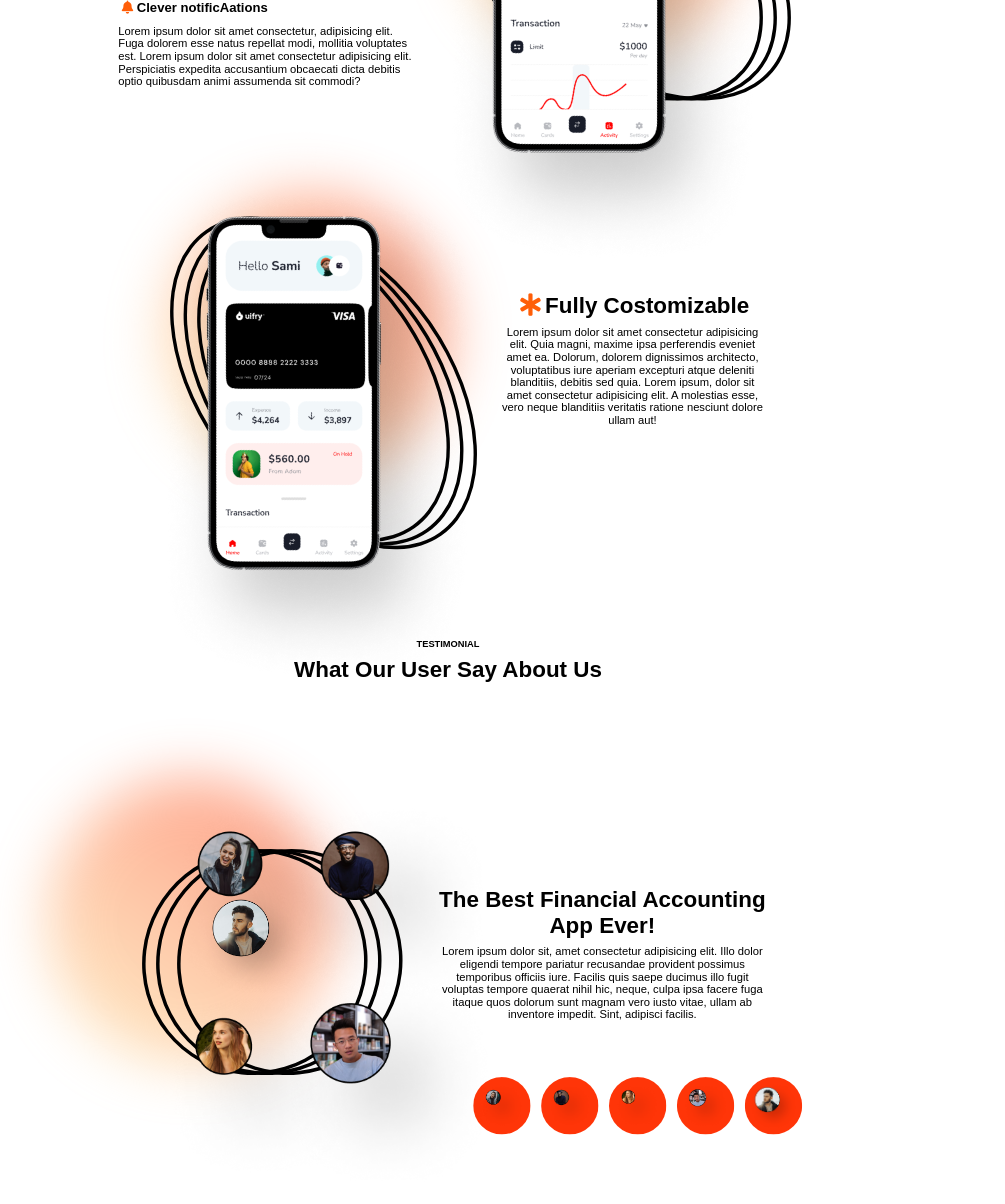
Repository: sakshambansal7/Uifry
Page: index.html
An editor plug-in stored every save of this project. The page is shown before and after a run of saves, followed by the edit.
The browser window is 1280 px wide. The page is 1435 px wide, so the pictures cover 1435 px, including what lies to the right of the window. The pictures show the part of the page from y = 1714 to 3434 px (the page is 3434 px tall), at 70% of full size.
Some web libraries are served in a nearby version.

Above is the page before, as saved 2024-06-12 22:46:24.

### index.html
<!DOCTYPE html>
<html lang="en">
  <head>
    <meta charset="UTF-8" />
    <meta name="viewport" content="width=device-width, initial-scale=1.0" />
    <title>uifry.com</title>
    <link rel="stylesheet" href="style.css" />
    <link rel="stylesheet" href="https://cdnjs.cloudflare.com/ajax/libs/font-awesome/6.1.1/css/all.min.css">

  </head>
  <body>
    <nav class="navbar">
      <div>
        <img class="logo" src="./images/logo.png" alt="img" />
      </div>
      <div class="nav">
        <div><a href="#" class="nav__link active">Home </a></div>
        <div><a href="#" class="nav__link">About Us</a></div>
        <div><a href="#" class="nav__link">Pricing</a></div>
        <div><a href="#" class="nav__link">features</a></div>
      </div>
      <div class="download">
        <button class="button">Download</button>
      </div>
    </nav>
    <div class="part1 ">
      <div class="left">
        <div class="bg-shape1"></div>
        <h1>Make The Best Financial Decisions</h1>
        <div class="bg-shape1 position-1"></div> <!-- Duplicate for top and bottom -->
        <p>Lorem ipsum dolor sit amet consectetur, adipisicing elit. Fuga dolorem esse natus repellat modi, mollitia voluptates est.</p>
        <div class="cta-buttons">
          <button class="get-started-btn">Get Started <i class="fa-solid fa-arrow-right"></i></button>
          <button class="watch-video-btn"> <i class="fa-solid fa-circle-play"></i>Watch Video</button>
        </div>
      </div>

      <div class="right">
        <div class="bg-shape2"></div>
        <div class="elipse-common elipse"></div>
        <div class="elipse-common elipse1"></div>
        <div class="elipse-common elipse2"></div>

        <img class="image1" src="./images/iphone.png" alt="Mobile App Mockup" />
        <img class="image2" src="./images/igraph.png" alt="Mobile App Mockup" />
        <img class="image3" src="./images/iphone.png" alt="Mobile App Mockup" />
      </div>

    </div>
    <div class="part2">
      <div class="left">
        <div class="bg-shape2"></div>
        <div class="elipse-common elipse3"></div>
        <div class="elipse-common elipse4"></div>
        <div class="elipse-common elipse5"></div>

        <img class="image1" src="./images/iphone.png" alt="Mobile App Mockup" />

      </div>
      <div class="right">
        <h4>FEATURES</h4>
        <H1>Uifry Premium</H1>
        <h3><i class="fa-regular fa-star custom-color"></i> Budgeting intervals</h3>
        <p>Lorem ipsum dolor sit amet consectetur, adipisicing elit. Fuga dolorem esse natus repellat modi, mollitia voluptates est.</p>
        <h3> <i class="fa-solid fa-gear custom-color"></i> Budgeting intervals</h3>
        <p>Lorem ipsum dolor sit amet consectetur, adipisicing elit. Fuga dolorem esse natus repellat modi, mollitia voluptates est.</p>
        <h3><i class="fa-solid fa-star-of-life custom-color"></i>Budgeting intervals</h3>
        <p>Lorem ipsum dolor sit amet consectetur, adipisicing elit. Fuga dolorem esse natus repellat modi, mollitia voluptates est.</p>

      </div>
    </div>
    <div class="part3">
      <div class="left">
        <h4>ADVANTAGES</h4>
        <H1> Why Choose Uifry ?</H1>
        <h3><i class="fa-solid fa-bell custom-color"></i>Clever notificAations</h3>
        <p>Lorem ipsum dolor sit amet consectetur, adipisicing elit. Fuga dolorem esse natus repellat modi, mollitia voluptates est. Lorem ipsum dolor sit amet consectetur adipisicing elit. Perspiciatis expedita accusantium obcaecati dicta debitis optio quibusdam animi assumenda sit commodi?</p>

      </div>
      <div class="right">
        <div class="bg-shape2"></div>
        <div class="elipse-common elipse3"></div>
        <div class="elipse-common elipse4"></div>
        <div class="elipse-common elipse5"></div>
        <img src="./images/igraph.png" alt="img">
      </div>
    </div>
    <div class="part4">
      <div class="left">
        <div class="bg-shape2"></div>
        <div class="elipse-common elipse3"></div>
        <div class="elipse-common elipse4"></div>
        <div class="elipse-common elipse5"></div>
        <img src="./images/iphone.png" alt="img">
      </div>
      <div class="right">
        <h1><i class="fa-solid fa-star-of-life custom-color "></i>Fully Costomizable</h1>
        <p>Lorem ipsum dolor sit amet consectetur adipisicing elit. Quia magni, maxime ipsa perferendis eveniet amet ea. Dolorum, dolorem dignissimos architecto, voluptatibus iure aperiam excepturi atque deleniti blanditiis, debitis sed quia. Lorem ipsum, dolor sit amet consectetur adipisicing elit. A molestias esse, vero neque blanditiis veritatis ratione nesciunt dolore ullam aut!</p>
      </div>
    </div>
    <div class="parent-container">
      <h5>TESTIMONIAL</h5>
      <h1>What Our User Say About Us</h1>
  </div>

    <div class="part5">
      <div class="left">
        <div class="bg-shape2"></div>
        <div class="elipse-common elipse6"></div>
        <div class="elipse-common elipse7"></div>
        <div class="elipse-common elipse8"></div>

        <div class="img1 "><img src="./images/1.png" alt="img"></div>
        <div class="img2 "><img src="./images/2.png" alt="img"></div>
        <div class="img3 "><img src="./images/3.png" alt="img"></div>
        <div class="img4 "><img src="./images/4.png" alt="img"></div>
        <div class="main "><img src="./images/main.png" alt="img"></div>

      </div>
      <div class="right">
        <h1>The Best Financial Accounting App Ever!</h1>
        <p>Lorem ipsum dolor sit, amet consectetur adipisicing elit. Illo dolor eligendi tempore pariatur recusandae provident possimus temporibus officiis iure. Facilis quis saepe ducimus illo fugit voluptas tempore quaerat nihil hic, neque, culpa ipsa facere fuga itaque quos dolorum sunt magnam vero iusto vitae, ullam ab inventore impedit. Sint, adipisci facilis.</p>

        <div class="images">
          <img src="./images/1.png" alt="img">
          <img src="./images/2.png" alt="img">
          <img src="./images/3.png" alt="img">
          <img src="./images/4.png" alt="img">
          <img src="./images/main.png" alt="img">
        </div>
      </div>




    </div>
  </body>
  <script src="script.js"></script>
</html>

### style.css

*{
    margin: 0px;
    padding: 5px;

}
body {
  margin-left: 20vh;
  margin-right: 20vh;
  font-family: Arial, sans-serif;
  background: #fff;
  color: #000000;
  justify-content: center;
  box-sizing: border-box;
}

  /* navbar */
.logo {
  width: 120px;
}


.navbar{
  display: flex;
  justify-content: flex-start;

}
.nav{
  padding-top: 10px;
  display: flex;
  justify-content: center;

}
nav  {
  display: inline;
}

nav a {
  text-decoration: none;
  color: #333;
  font-weight: bold;
}


.button {
  width: 160px;
  height: 40px;
  border-radius: 3px;
  background-color: #000000;
  color: #fff;
  padding: 10px 20px;
  cursor: pointer;
  border: none;
  font-weight: bold;
  margin-left: 40vh;
}
.download{

  padding-top: 10px;
}


.nav__link {
    display: block;
    padding: .3125rem 1.5rem;
    text-transform: uppercase;
  }

  .nav__link.active  {

    color: #FF5E08;
  }

  /* part-1 */

  .part1 {
    height: 85vh;
    display: inline-flex;
        justify-content: space-between;
        top: 50px !important;
        inset: 0;


    padding: 60px 40px;
}

/* .absolute{
  position: absolute;
  inset: 0;
  justify-content: center;
  display: inline-flex;
  flex-direction: row;
} */
.left {
  max-width: 50%;
}

.part1 h1 {
  font-size: 3em;
  margin: 0 0 20px;
}

.part1 p {
  font-size: 1.2em;
  margin: 0 0 40px;
}

.cta-buttons {
  display: flex;
  gap: 20px;
}

.get-started-btn,
.watch-video-btn {
  background: #000;
  color: #fff;
  padding: 15px 30px;
  border: none;
  cursor: pointer;
  font-size: 1em;
  font-weight: bold;
}

.watch-video-btn {
  color: #000000;

  background: transparent;
}

.right {
  max-width: 50%;
  position: relative; /* Add position relative to use as a reference for absolute positioning */
}

.right .image1{

  position: absolute;
  z-index: 3;
  width: 100%;
  padding-left: 0px;



}
.right .image2 {
  position: absolute;
  padding-top: 50px;
  padding-left: 100px;


  z-index: 2;
  max-width: 100%;
}
.right .image3 {


  padding-top: 100px;
  padding-left: 200px;
  z-index: 1;
  max-width: 100%;
}
/* background-effect */


.justify-center{
  justify-content: center;
}

/* background-effect */
.left {
  max-width: 50%;
  position: relative; /* Add this line */
}

.bg-shape1 {
  width: 400px;
  height: 400px;
  border-radius: 9999px;
  position: absolute; /* Change to absolute for proper positioning */
  top: 0px; /* Positioning adjustments */
  left: 50%; /* Positioning adjustments */
  transform: translateX(-50%); /* Center the shape horizontally */
  z-index: -1; /* Ensure it's behind the text */
  background: linear-gradient(35deg,  #FDE598,#ff3508); /* Dual color gradient */
  opacity: 0.5; /* Adjust as necessary */
  filter: blur(40px);

}

.bg-shape2 {
  width: 400px;
  height: 400px;
  border-radius: 9999px;
  position: absolute; /* Change to absolute for proper positioning */
  top: 50px; /* Positioning adjustments */
  left: 50%; /* Positioning adjustments */
  transform: translateX(-50%); /* Center the shape horizontally */
  z-index: -1; /* Ensure it's behind the text */
  background: linear-gradient(35deg,  #FDE598,#ff3508); /* Dual color gradient */
  opacity: 0.5; /* Adjust as necessary */
  filter: blur(40px);

}

  /* circular shape */

  .elipse-common {

    background: none;
    border-radius: 50%;
    -ms-transform: rotate(40deg);  /* IE 9 */
    -webkit-transform: rotate(40deg);  /* Safari */
    transform: rotate(40deg);
    position: absolute;
    top: 150px;
    border: 5px solid black;
    z-index: -1; /* Ensure it's behind the text */
}

.elipse {
  width: 700px;
  height: 305px;
    left: 45px;

}

.elipse1 {
  width: 700px;
  height: 305px;
    left: 25px;
}

.elipse2 {
  width: 700px;
  height: 305px;
    left: 5px;
}
.elipse3 {
  width: 500px;
  height: 305px;
    left: 45px;

}

.elipse4 {
  width: 500px;
  height: 305px;
    left: 25px;
}

.elipse5 {
  width: 500px;
  height: 305px;
    left: 5px;
}


.part2{
  display: flex;
  height: 85vh;
}

  .part2 .left .image1{
    transform: rotate(15deg);
  }

  .part2 .right{
    margin-top: 20vh;

  }
  .part2 .right h3 h1{
    font-weight: 900; /* 400 is normal, 700 is bold */
  }
  .part2 .right h4{
    color: #FF5E08;
  }
  .custom-color {
    color: #FF5E08;
}

.part3{
  display: flex;
  align-items: center;
  justify-content: center;
  height: 80vh;



}
.part3 .left h4{
  color: #FF5E08;

}
.part3 .left p{
 font-weight: 100;

}
.part3 .right img{
  transform: rotate(15deg);

}


.part4{
  gap: 5vh;
  display: flex;
  align-items: center;
  justify-content: center;
  height: 80vh;

}


.part4  .left{
  transform: rotate(15deg);


}
.part4 .right{
  padding-bottom: 30vh;
}



.elipse6 {
  width: 300px;
  height: 305px;
    left: 65px;



}

.elipse7 {
  width: 300px;
  height: 305px;
    left: 45px;
}

.elipse8 {
  width: 300px;
  height: 305px;
    left: 95px;
}

.parent-container {
  text-align: center;
}

.part5{
  margin-top: 10vh;
  display: flex;
  gap: 30vh;
  position: relative;


}


.part5  img {
  position: relative;
  top: 50px;
  left: 50px;
}
.part5  .img1{
  position: absolute;
  top: 1vh;
  left: .1h;
  z-index: 4;



}
.part5  .img2{
  position: absolute;
  top: 1vh;
  left: 25vh;
  z-index: 5;

}
.part5  .img3{
  position: absolute;
  top: 38vh;
  left: .1vh;
  z-index: 3;


}
.part5  .img4{
  position: absolute;
  top: 35vh;
  left: 23vh;
  z-index: 2;


}
.part5 .main {
  position: relative;
  top: 19vh;
  left: 8vh;
  z-index: 1;

}

/* Adjust the size of the image within the .main div */
.part5 .main img {
  width: 80%; /* Decrease the width to 50% of its original size */
  height: auto; /* Maintain aspect ratio */
}


.part5 .right{
  margin-top:25vh ;
}

.right {
  display: flex;
  flex-direction: column;
  align-items: center;
  text-align: center;
  padding: 20px; /* Optional padding for better spacing */
}

/* Center the .images container */
.images {
  display: flex;
  align-items: center;
  justify-content: center;
  gap: 15px;
  margin-top: 20px; /* Add some margin to separate from the text above */
}

/* Style each img to be circular and centered */
.images img {
  background-color: #ff3508;
  width: 10vh;
  height: 10vh;
  border-radius: 50%;
  object-fit: cover; /* Ensures the image covers the entire area */
  display: block; /* Ensures the image is treated as a block element */
}

### script.js
document.addEventListener('DOMContentLoaded', function() {
    const selector = '.nav__link';
    const elems = Array.from( document.querySelectorAll( selector ) );
    const navigation = document.querySelector( 'nav' );

    function makeActive( evt ) {
      const target = evt.target;

      if ( !target || !target.matches( selector ) ) {
        return;
      }

      elems.forEach( elem => elem.classList.remove( 'active' ) );

        evt.target.classList.add( 'active' );
    };

    navigation.addEventListener( 'mousedown', makeActive );

    } );

After the next 2 saves:
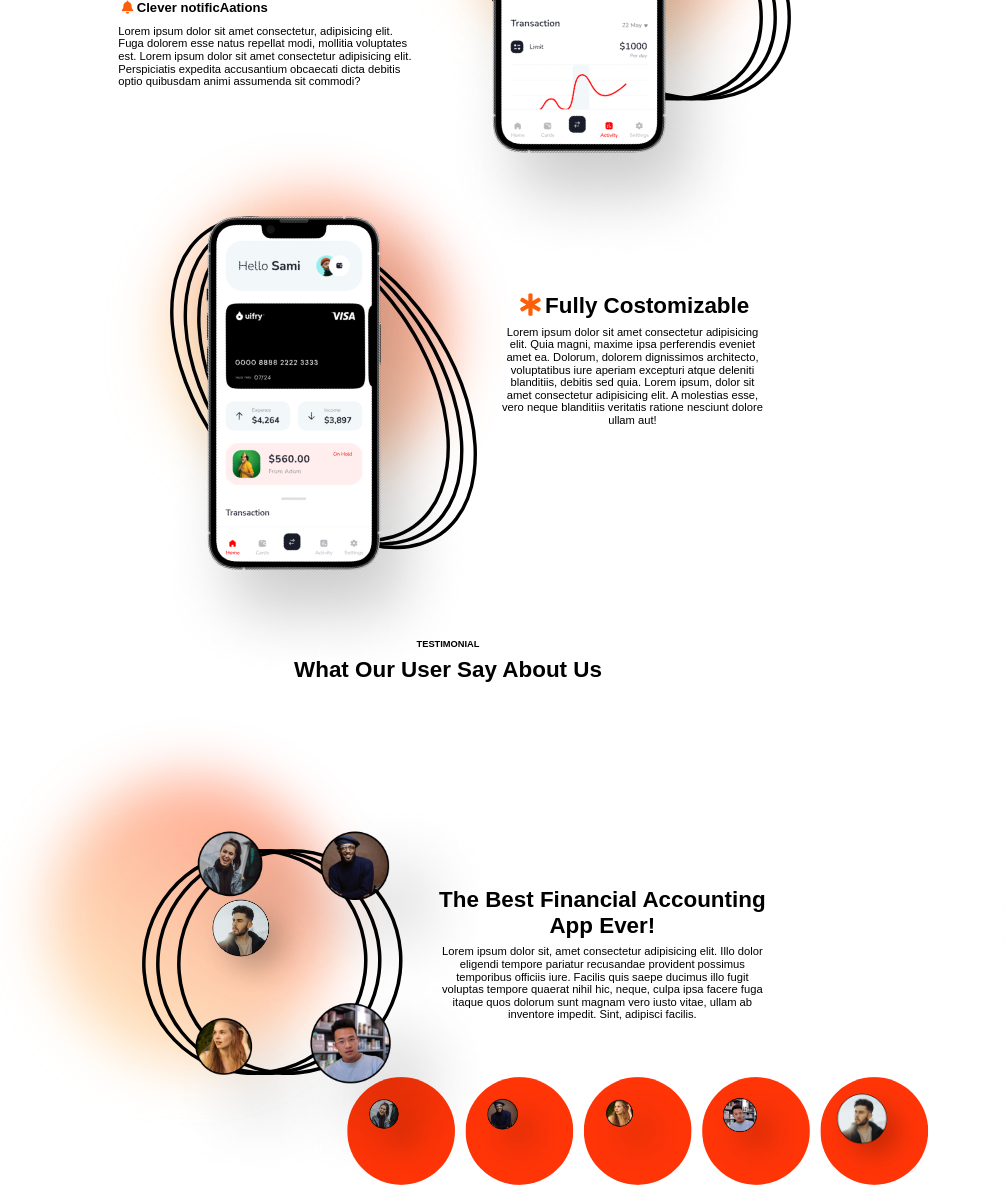
The 2 saves are shown as one change because they came seconds apart.
The last was saved 23 s later.
--- a/style.css
+++ b/style.css
@@ -433,8 +433,8 @@ nav a {
 /* Style each img to be circular and centered */
 .images img {
   background-color: #ff3508;
-  width: 10vh;
-  height: 10vh;
+  width: 20vh;
+  height: 20vh;
   border-radius: 50%;
   object-fit: cover; /* Ensures the image covers the entire area */
   display: block; /* Ensures the image is treated as a block element */
